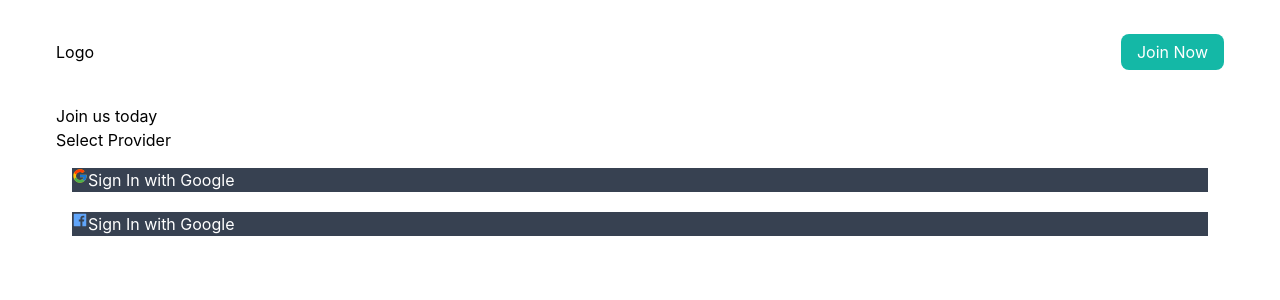
Repository: arafatmollah/auth-app
Page: /auth/login
The author's editor kept a copy of each file at every save. The page is drawn from the files as they stood at one save, then again after a run of saves.
The browser window is 1280 px wide. The pictures show the whole page.
The project was rebuilt for these pictures with package versions that can differ from the ones it lists, and the page was loaded fresh each time. The framework's server and built-in components were replaced by stand-ins that run in the browser. Also part of the build but not shown: next.config.js.

Above is the page before, as saved 2022-10-03 21:12:45.

### pages/_app.js
import '../styles/globals.css'
import Layout from '../components/Layout'

function MyApp({ Component, pageProps }) {
 return(
  <Layout>
  <Component {...pageProps} />
 </Layout>
 )
}

export default MyApp

### pages/auth/login.js
import React from 'react'
import {FcGoogle} from 'react-icons/fc'
import {AiFillFacebook} from 'react-icons/ai'

export default function () {
  return (
    <div>
        <h2>Join us today</h2>
        <div>
            <p>Select Provider</p>
            <div className='flex p-4 flex-col w-50 justify-center align-middle'>
                <button className='bg-gray-700 text-white flex'>
                    <FcGoogle></FcGoogle>
                    Sign In with Google</button>
                <button className='bg-gray-700 text-white mt-5 flex align-middle'>
                    <AiFillFacebook className='text-blue-400'></AiFillFacebook>
                    Sign In with Google</button>
            </div>
        </div>
    </div>
  )
}

### components/Layout.js
import React from 'react'
import Nav from './Nav'

export default function Layout({children}) {
  return (
    <div className='mx-14'>
       <Nav></Nav>
        <main>
        {children}
        </main>
        </div>
  )
}

### components/Nav.js
import React from 'react'
import Link from 'next/link'

function Nav() {
  return (
    <div>
        <nav className='flex justify-between items-center py-10'>
        <Link href="/">Logo</Link>
        <ul>
            <Link href="/auth">
            <a className='py-2 px-4 bg-teal-500 my-5 rounded-lg text-white'>Join Now</a>
            </Link>
        </ul>
        </nav>
    </div>
  )
}

export default Nav

Loaded but not shown: styles/globals.css (common file); tailwind.config.js (common file)

After the next 2 saves:
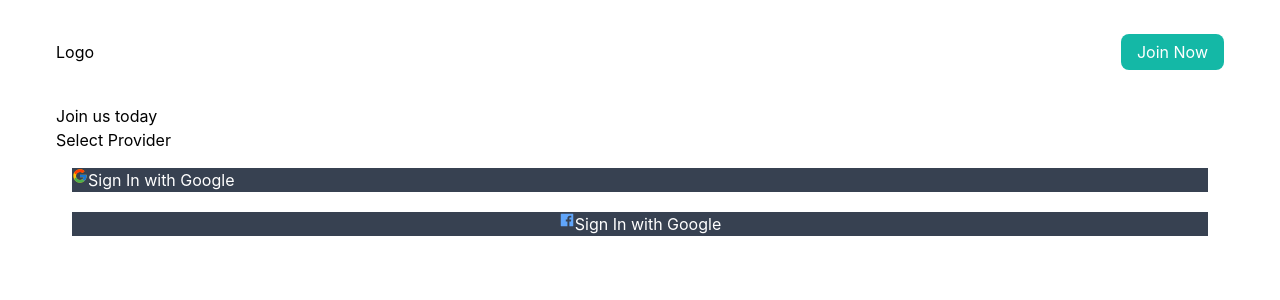
The 2 saves are shown as one change because they came seconds apart.
The last was saved 11 s later.
--- a/pages/auth/login.js
+++ b/pages/auth/login.js
@@ -12,7 +12,7 @@ export default function () {
                 <button className='bg-gray-700 text-white flex'>
                     <FcGoogle></FcGoogle>
                     Sign In with Google</button>
-                <button className='bg-gray-700 text-white mt-5 flex align-middle'>
+                <button className='bg-gray-700 text-white mt-5 flex align-middle justify-center'>
                     <AiFillFacebook className='text-blue-400'></AiFillFacebook>
                     Sign In with Google</button>
             </div>
